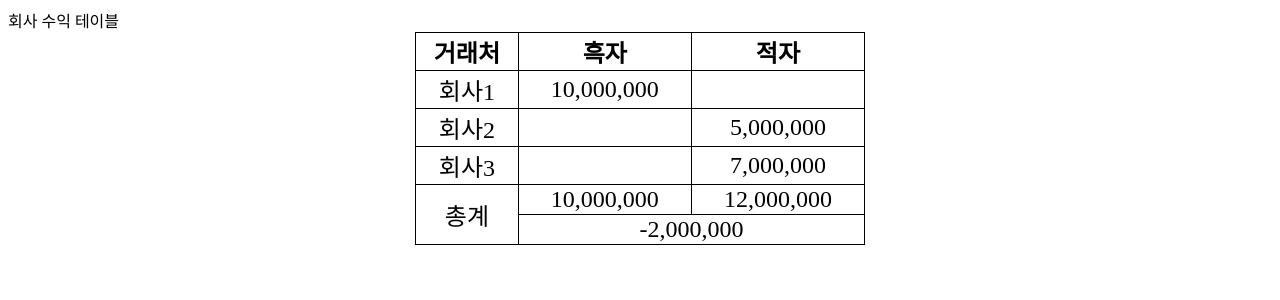
Repository: guswnsdldl/gb
Page: html workspace/f_table/src/main/webapp/span-task02.html
The author's editor kept a copy of each file at every save. The page is drawn from the files as they stood at one save, then again after the next save.
The browser window is 1280 px wide. The pictures show the whole page.

Above is the page before, as saved 2024-08-06 03:24:51.

### html workspace/f_table/src/main/webapp/span-task02.html
<!DOCTYPE html>
<html>
<head>
<meta charset="UTF-8">
<title>회사 수익 테이블</title>
<style>
   table, tr, td, th {
      text-align: center;
      width: 450px;
      margin: 0 auto;
      border: 1px solid black;
      border-collapse: collapse;
      font-size: 1.5rem;
   }
</style>
</head>
<body>

<caption>회사 수익 테이블</caption>
<table>
 		<tr>
        <th>거래처</th>
         <th>흑자</th>
          <th>적자</th>
      </tr>
      <tr>
         <td>회사1</td>
         <td>10,000,000</td>
         <td></td>

      </tr>
      <tr>
         <td>회사2</td>
         <td></td>
         <td>5,000,000</td>
      </tr>
      <tr>
         <td>회사3</td>
         <td></td>
         <td>7,000,000</td>
      </tr>
      <tr>
         <td rowspan="2">총계</td>
         <td>10,000,000</td>
         <td>12,000,000</td>
      </tr>
       <tr>

         <td colspan="2">-2,000,000</td>
      </tr>
   </table>

</body>
</html>

After the next save:
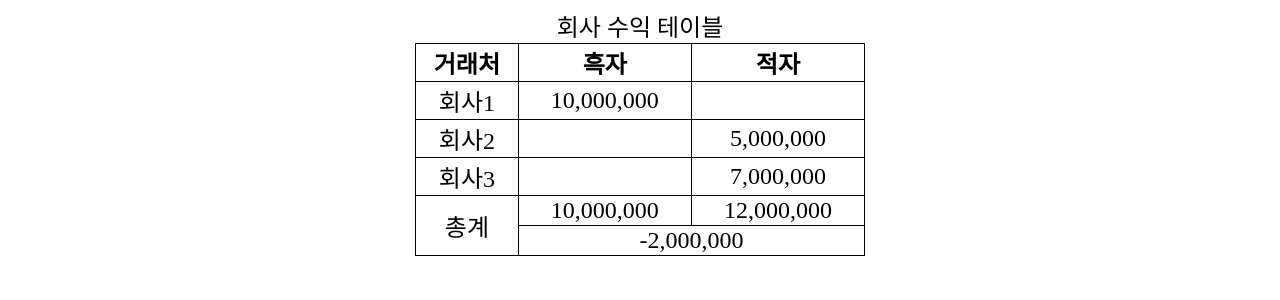
Saved 16 s later.
--- a/html workspace/f_table/src/main/webapp/span-task02.html
+++ b/html workspace/f_table/src/main/webapp/span-task02.html
@@ -16,8 +16,9 @@
 </head>
 <body>
 
+
+<table>
 <caption>회사 수익 테이블</caption>
-<table>
  		<tr>
         <th>거래처</th>
          <th>흑자</th>
